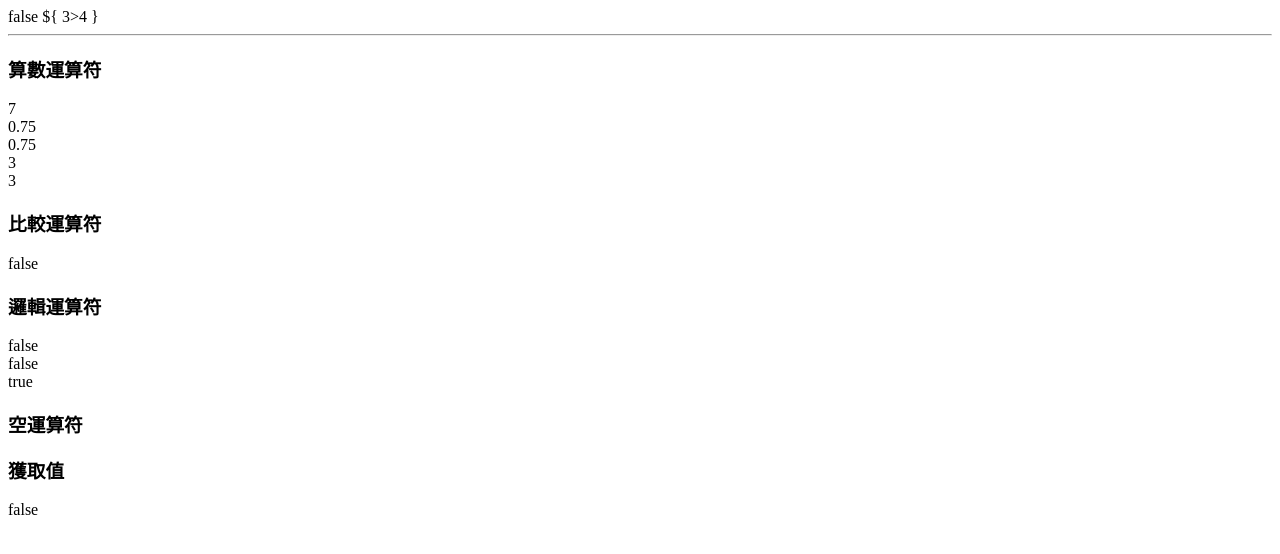
Repository: sc1314520/oce-test
Page: http://localhost/EE/jsp/basic/el1.jsp
These files come from the project's save history. The page is drawn as it stood at one moment and after the next save; the edit follows.
The browser window is 1280 px wide. The pictures show the whole page.
The page is served by Tomcat 9. Nobody is signed in. The application's start-up code is not run. Other server files are loaded and not shown.

Above is the page before, as saved 2022-12-29 09:15:35.

### EE/src/main/webapp/jsp/basic/el1.jsp
<%@ page language="java" contentType="text/html; charset=UTF-8"
    pageEncoding="UTF-8"%>
<!DOCTYPE html>
<html>
<head>
<meta charset="UTF-8">
<title>Insert title here</title>
</head>
<body>
	<!--  el表達式 -->
	${ 3>4 }

	<!--  忽略 el 表達式：在最上面 isElIgnored="true" 或如下 -->
	\${ 3>4 }

	<hr>
	<!-- el 運算符 -->
	<h3>算數運算符</h3>
	${3+4} <br>
	${3/4} <br>
	${3 div 4} <br>
	${3 % 4} <br>
	${3 mod 4} <br>
	<h3>比較運算符</h3>
	${3 == 4} <br>
	<h3>邏輯運算符</h3>
	${3>4 && 3<4} <br>
	${3>4 and 3<4} <br>
	${3>4 or 3<4} <br>
	<h3>空運算符</h3>
	<%-- ${empty list} --%>

	<h3>獲取值</h3>
	${3>4 && 3<4} <br>

</body>
</html>

After the next save:
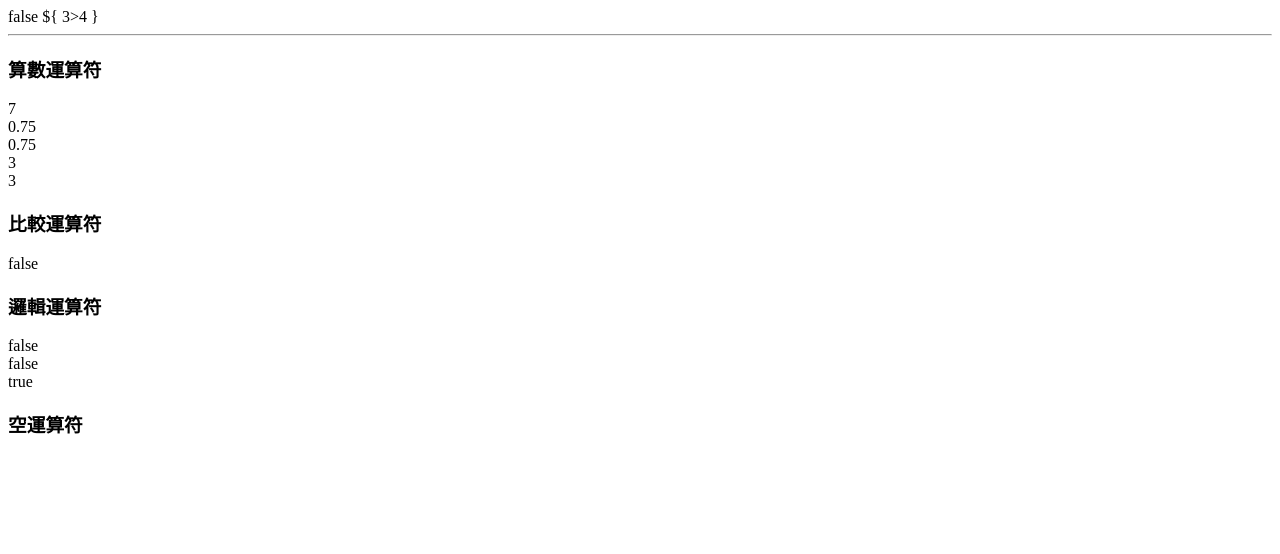
Saved 14 s later.
--- a/EE/src/main/webapp/jsp/basic/el1.jsp
+++ b/EE/src/main/webapp/jsp/basic/el1.jsp
@@ -30,8 +30,5 @@
 	<h3>空運算符</h3>
 	<%-- ${empty list} --%>
 
-	<h3>獲取值</h3>
-	${3>4 && 3<4} <br>
-
 </body>
 </html>
